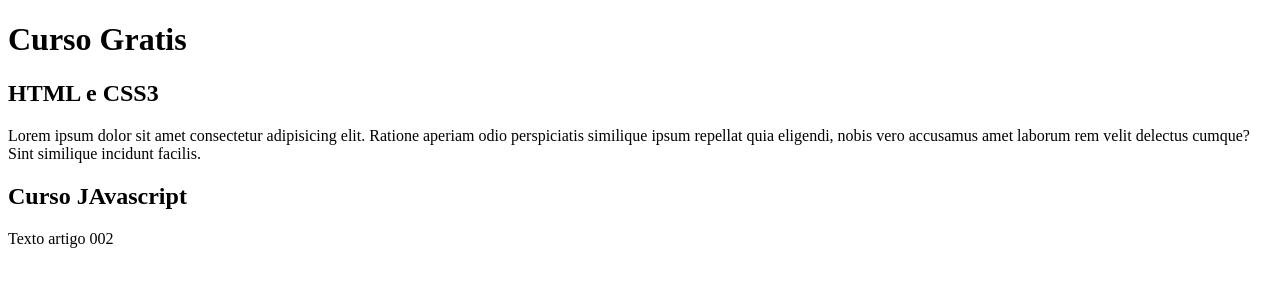
Repository: robertacristinaabreu01/projeto-siteGitHub
Page: index.html
These files come from the project's save history. The page is drawn as it stood at one moment and after a run of saves; the edit follows.
The browser window is 1280 px wide. The pictures show the whole page.

Above is the page before, as saved 2021-01-23 21:40:19.

After the next 2 saves:
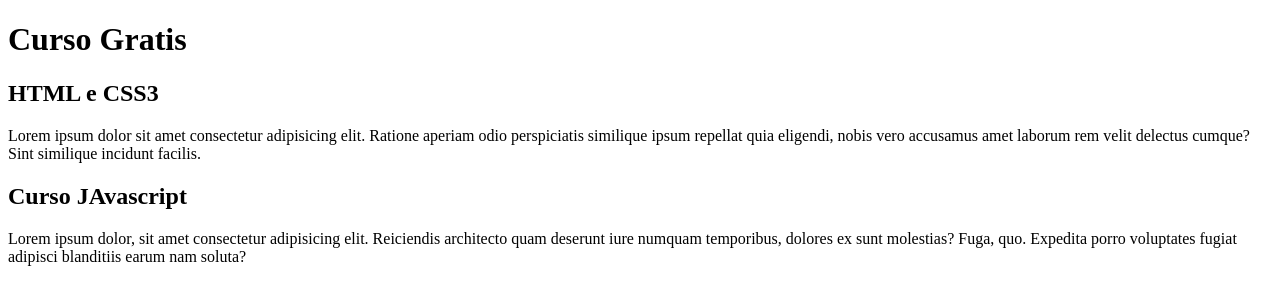
The 2 saves are shown as one change because they came seconds apart.
The last was saved 7 s later.
--- a/index.html
+++ b/index.html
@@ -18,7 +18,7 @@
         </article>
         <article>
             <h1>Curso JAvascript</h1>
-            <p>Texto artigo 002</p>
+            <p>Lorem ipsum dolor, sit amet consectetur adipisicing elit. Reiciendis architecto quam deserunt iure numquam temporibus, dolores ex sunt molestias? Fuga, quo. Expedita porro voluptates fugiat adipisci blanditiis earum nam soluta?</p>
         </article>
     </main>
 </body>
